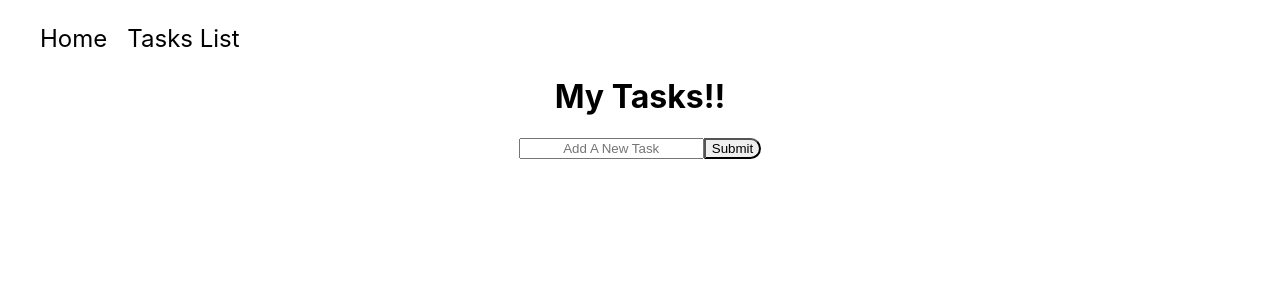
Repository: runner855/abstract_todolist
Page: /, after clicking the first element matching `button`
An editor plug-in stored every save of this project. The page is shown before and after the next save, followed by the edit.
The browser window is 1280 px wide. The pictures show the whole page.
The project was rebuilt for these pictures with package versions that can differ from the ones it lists, and the page was loaded fresh each time.

Above is the page before, as saved 2022-11-08 15:39:52.

### src/App.tsx
import React from "react";
import { Header } from "./Header";
import "./App.css";

export const App = () => {
  return (
    <div className="App">
      <Header />
      <h1>My Tasks!!</h1>
      <div className="textbox">
        <input type="text" placeholder="Add A New Task"></input>
        <button onClick={() => console.log("clicked")}>Submit</button>
      </div>
    </div>
  );
};

### src/Header.tsx
import * as React from "react";
import "./Header.css";

export const Header = () => {
  return (
    <div className="home">
      <ul>
        <li>Home</li>
        <li>Tasks List</li>
      </ul>
    </div>
  );
};

### src/App.css
h1{
  text-align: center;
}

input {
  text-align: center;
}

.textbox{
  text-align: center;
}

button {
  border-radius: 0em 1em 1em 0em;
}

### src/Header.css
ul{
   text-align: left;
   list-style: none;
   font-size: 1.5em;
   display: flex;

}
ul li {
    margin-right: 20px;
}

Loaded but not shown: public/index.html (common file); src/index.tsx (common file); src/index.css (common file)

After the next save:
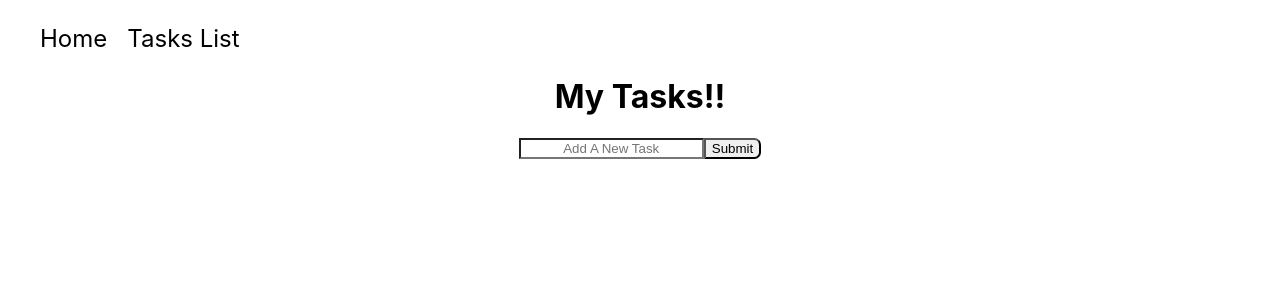
Saved 34 s later.
--- a/src/App.css
+++ b/src/App.css
@@ -4,6 +4,7 @@ h1{
 
 input {
   text-align: center;
+  border-radius: 0em;
 }
 
 .textbox{
@@ -11,5 +12,5 @@ input {
 }
 
 button {
-  border-radius: 0em 1em 1em 0em;
+  border-radius: 0em 0.5em 0.5em 0em;
 }
